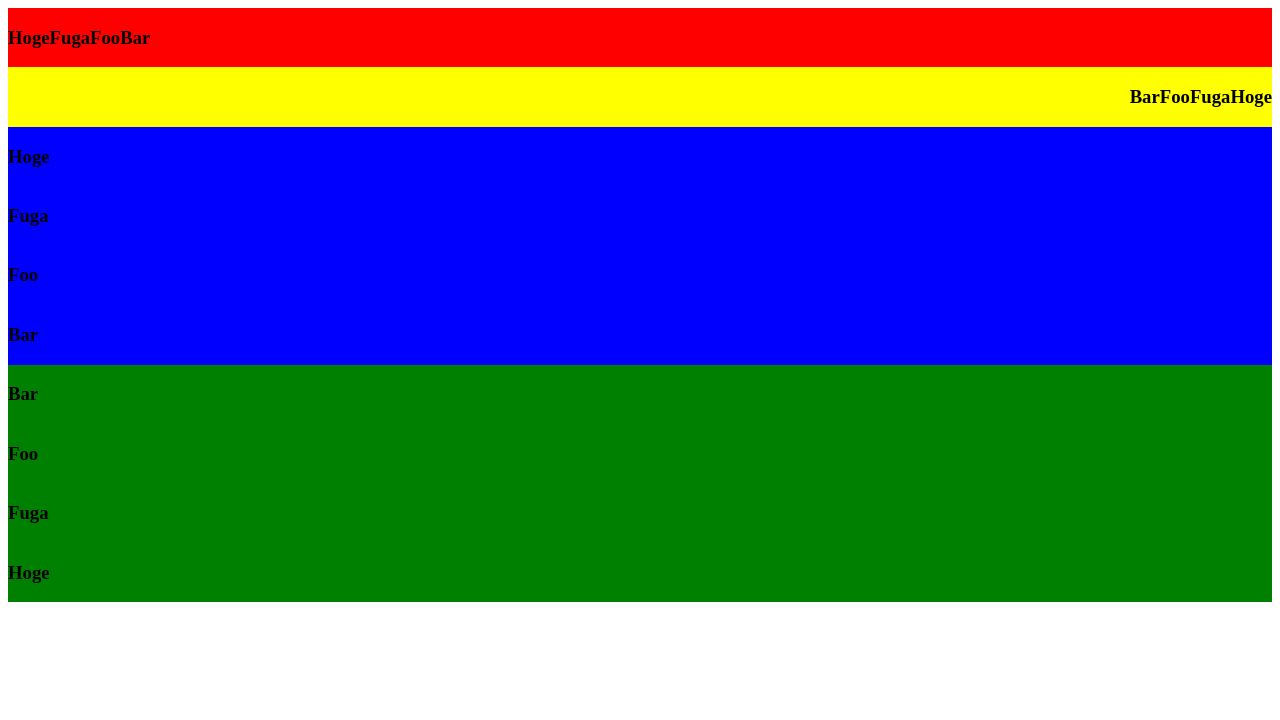
Repository: TakashiYamaguchi2021/samurai_HTML-CSS
Page: flexbox.html
The author's editor kept a record of every edit. The page is drawn from the files as they stood at one moment, then again after the next edit.
The browser window is 1280 px wide. The pictures show the whole page.

Above is the page before.

After the next edit:
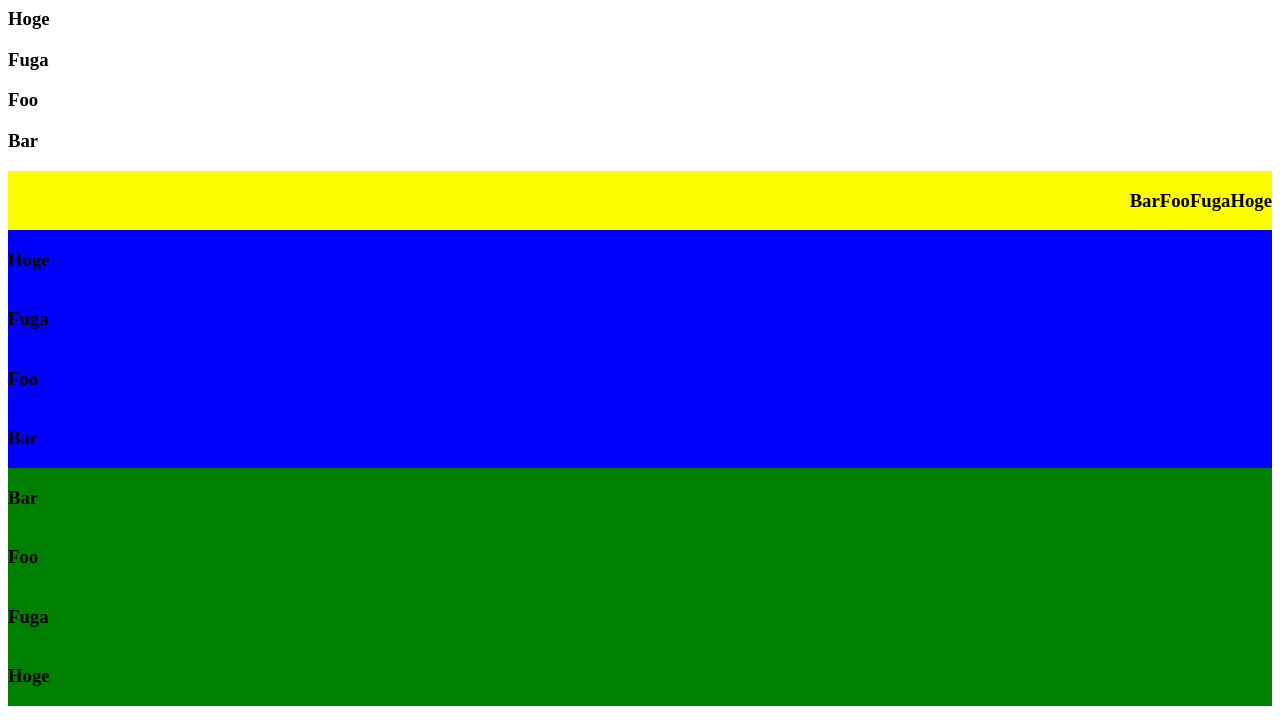
The edit:
--- a/flexbox.html
+++ b/flexbox.html
@@ -1,7 +1,7 @@
 <html lang="ja">
     <head>
         <style>
-            #sort {
+            #no-wrap {
                 display: flex;
                 flex-direction: row;
                 background-color: red;
